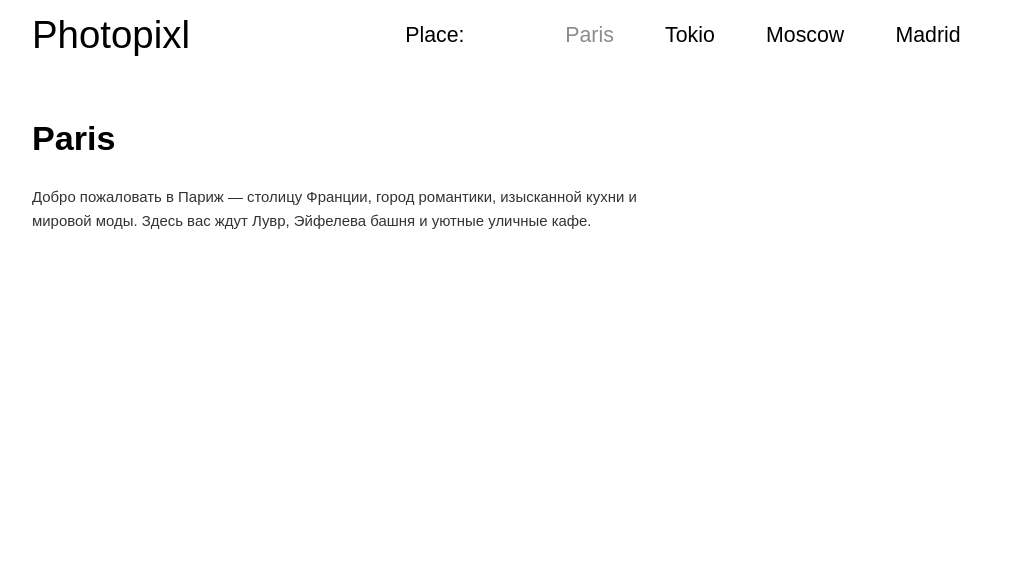
Repository: git-daniil/place-site
Page: index.html
These files come from the project's save history. The page is drawn as it stood at one moment and after the next save; the edit follows.
The browser window is 1280 px wide. The pictures show the whole page, at 80% of full size.
Backgrounds fixed to the window are drawn as part of the page. Some web fonts or font styles are not loaded; a fallback is used.

Above is the page before, as saved 2026-05-19 18:09:14.

After the next save:
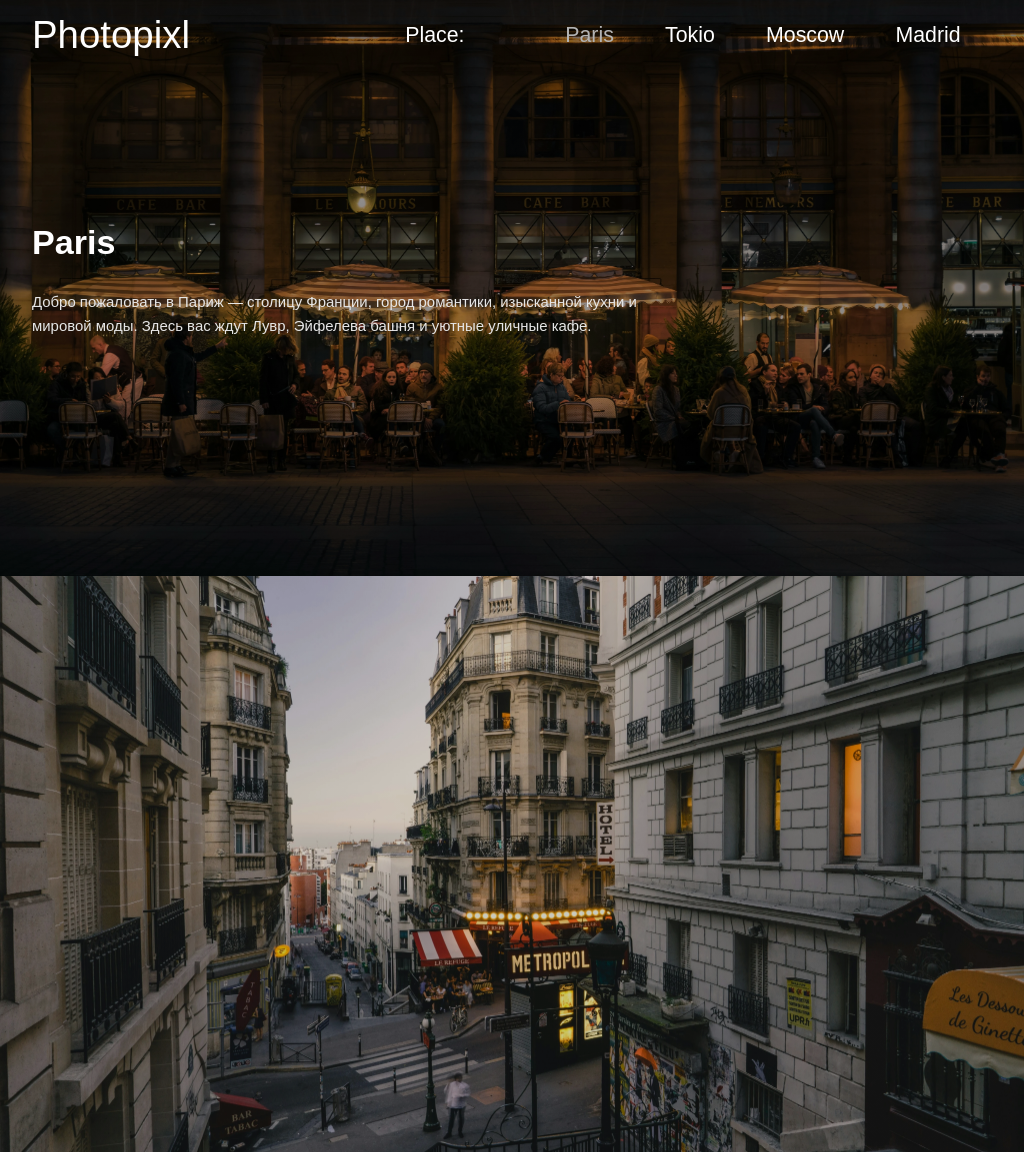
Saved 7 s later.
--- a/style.css
+++ b/style.css
@@ -19,16 +19,21 @@ body {
 }
 
 .navbar {
+    position: fixed;
+    top: 0;
+    left: 0;
+    right: 0;
     display: flex;
     align-items: center;
     background: none;
     padding: 20px 40px;
+    z-index: 10;
 }
 
 .logo {
     font-family: 'Gilroy-Regular', sans-serif;
     font-size: 36pt;
-    color: #000000;
+    color: #ffffff;
     line-height: 1;
     text-decoration: none;
 }
@@ -36,7 +41,7 @@ body {
 .place-label {
     font-family: 'Seenonim', sans-serif;
     font-size: 20pt;
-    color: #000000;
+    color: #ffffff;
     margin-left: 269px;
     line-height: 1;
 }
@@ -49,17 +54,28 @@ body {
 .city-link {
     font-family: 'Seenonim', sans-serif;
     font-size: 20pt;
-    color: #000000;
+    color: #ffffff;
     text-decoration: none;
     line-height: 1;
 }
 
 .city-link.active {
-    color: #8c8c8c;
+    color: #b3b3b3;
 }
 
 .city-link:not(:last-child) {
     margin-right: 64px;
+}
+
+.welcome-section {
+    background-image: linear-gradient(rgba(0, 0, 0, 0.4), rgba(0, 0, 0, 0.4)), url('paris-bg.webp');
+    background-size: cover;
+    background-position: center;
+    background-repeat: no-repeat;
+    background-attachment: fixed;
+    height: 100vh;
+    display: flex;
+    align-items: center;
 }
 
 .content-section {
@@ -70,51 +86,21 @@ body {
     font-size: 32pt;
     margin-top: 0;
     font-family: 'Gilroy-Regular', sans-serif;
+    color: #ffffff;
 }
 
 .content-section p {
     font-size: 14pt;
-    color: #333333;
+    color: #e6e6e6;
     line-height: 1.6;
     max-width: 800px;
 }
 
-.content-image {
-    display: block;
-    max-width: 35%;
-    height: auto;
-    margin-top: 30px;
-}
-
-body.paris-page {
-    background-image: linear-gradient(rgba(0, 0, 0, 0.4), rgba(0, 0, 0, 0.4)), url('paris-bg.webp');
+.second-bg-section {
+    background-image: linear-gradient(rgba(0, 0, 0, 0.2), rgba(0, 0, 0, 0.2)), url('paris1.webp');
     background-size: cover;
     background-position: center;
     background-repeat: no-repeat;
     background-attachment: fixed;
-    min-height: 100vh;
+    height: 100vh;
 }
-
-body.paris-page .logo {
-    color: #ffffff;
-}
-
-body.paris-page .place-label {
-    color: #ffffff;
-}
-
-body.paris-page .city-link {
-    color: #ffffff;
-}
-
-body.paris-page .city-link.active {
-    color: #b3b3b3;
-}
-
-body.paris-page .content-section h1 {
-    color: #ffffff;
-}
-
-body.paris-page .content-section p {
-    color: #e6e6e6;
-}
